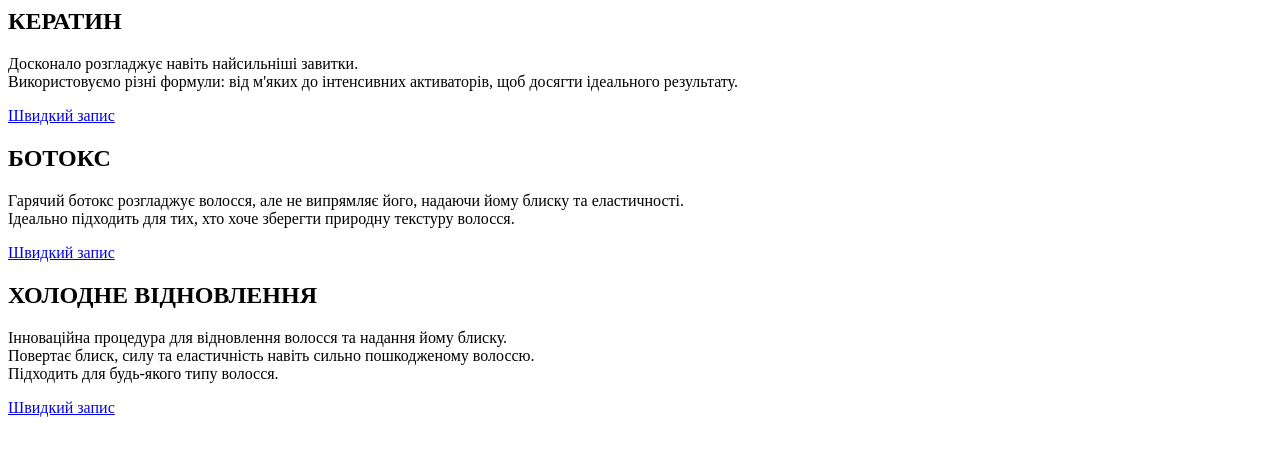
Repository: DianaKey/Keratin
Page: index.scroll.partial.html
The author's editor kept a copy of each file at every save. The page is drawn from the files as they stood at one save, then again after the next save.
The browser window is 1280 px wide. The pictures show the whole page.

Above is the page before, as saved 2025-09-04 12:54:18.

After the next save:
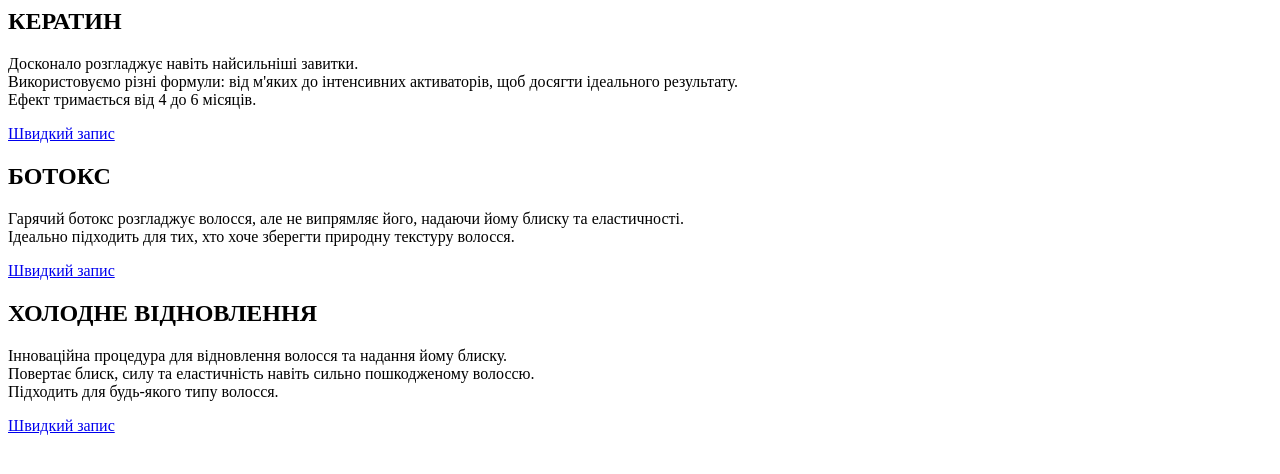
Saved 59 s later.
--- a/index.scroll.partial.html
+++ b/index.scroll.partial.html
@@ -5,6 +5,7 @@
     <p class="hero-section__text">
       Досконало розгладжує навіть найсильніші завитки.<br />
       Використовуємо різні формули: від м'яких до інтенсивних активаторів, щоб досягти ідеального результату.<br />
+      Ефект тримається від 4 до 6 місяців.<br />
     </p>
     <a class="hero-section__btn" href="#">Швидкий запис</a>
   </div>
